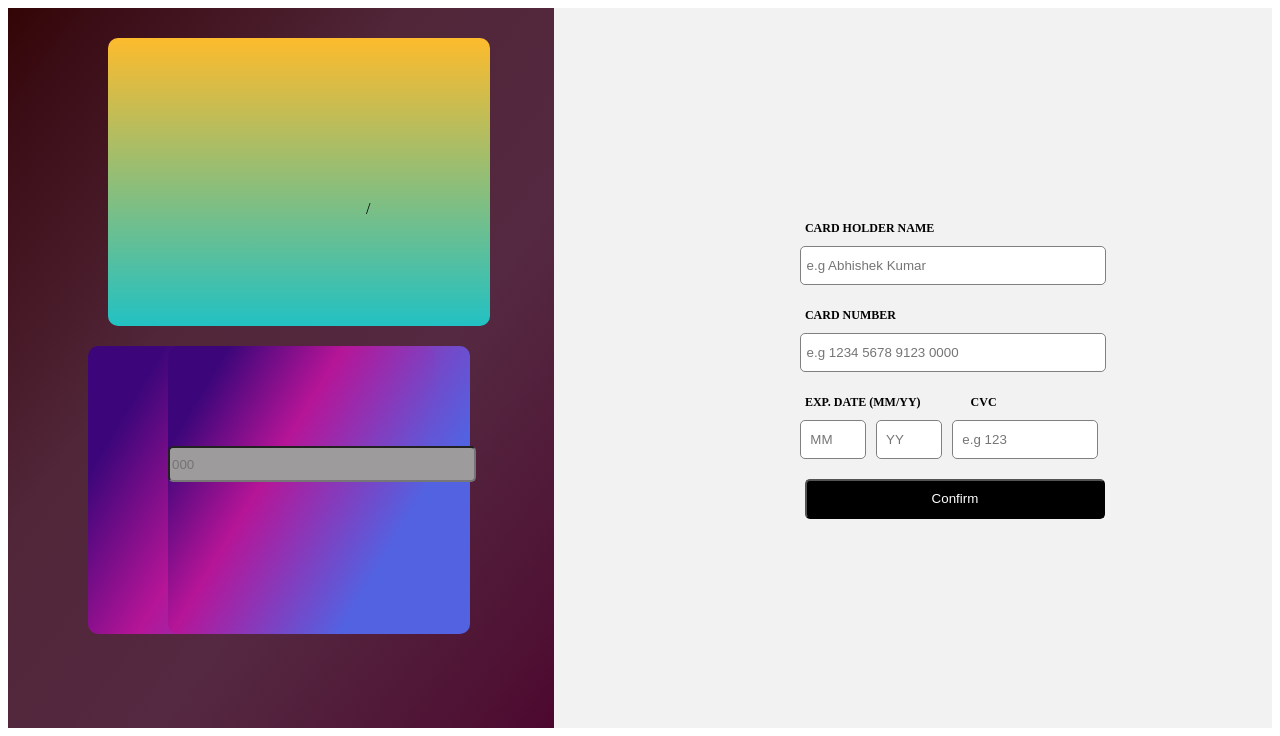
Repository: Abhi2359/frontendchallenge-1
Page: /
The author's editor kept a copy of each file at every save. The page is drawn from the files as they stood at one save, then again after the next save.
The browser window is 1280 px wide. The pictures show the whole page.
The project was rebuilt for these pictures with package versions that can differ from the ones it lists, and the page was loaded fresh each time.

Above is the page before, as saved 2023-02-15 18:26:55.

After the next save:
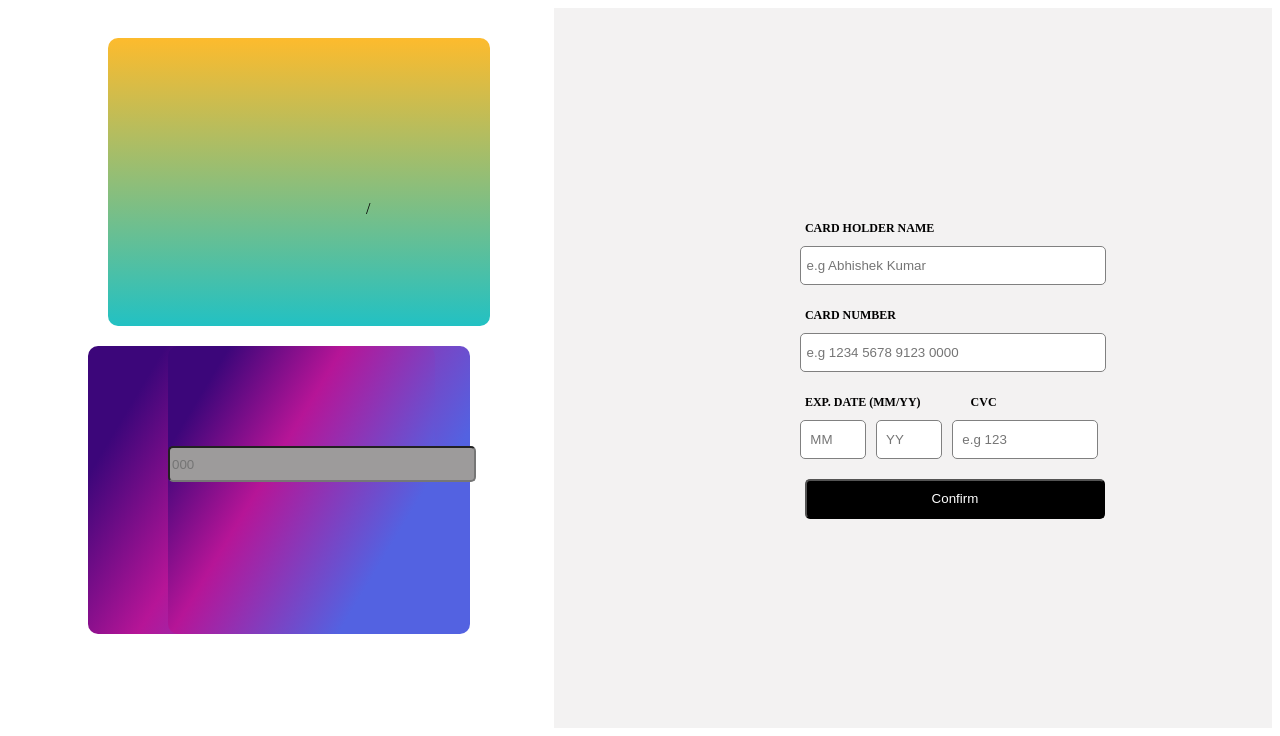
Saved 21 s later.
--- a/src/components/Layout/layout.css
+++ b/src/components/Layout/layout.css
@@ -14,7 +14,7 @@ justify-content: space-between;
 }
 
 .partition1{
-    background-image: linear-gradient(to right bottom, #340505, #3b0d16, #431521, #4a1d2c, #502638, #52273b, #53283e, #552941, #53223d, #511a38, #4f1234, #4d072f);
+
 
 height: 100vh;
 flex-grow: 1;
